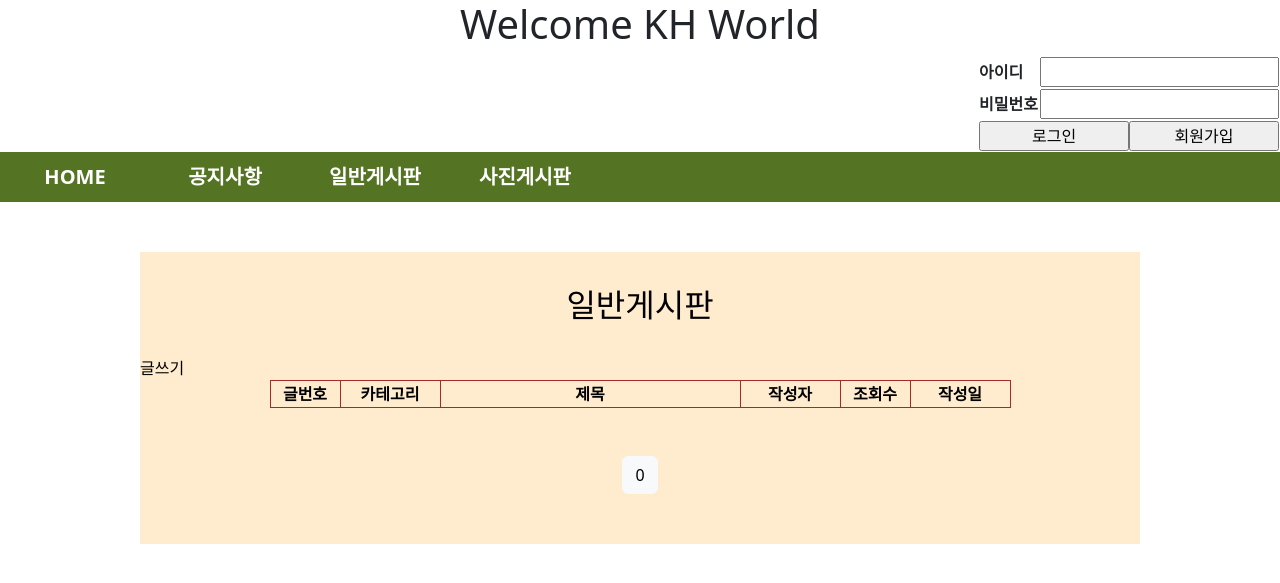
Repository: eru2/Study
Page: http://localhost/JspProject/
These files come from the project's save history. The page is drawn as it stood at one moment and after the next save; the edit follows.
The browser window is 1280 px wide. The pictures show the whole page.
The page is served by Tomcat 10. Other server files are loaded and not shown. The template is opened directly, without the code that normally fills it, so the values that code supplies are empty.

Above is the page before, as saved 2025-02-28 00:14:22.

### 07_JSP/JspProject/src/main/webapp/index.jsp
<%@page import="com.kh.common.JDBCTemplate"%>
<%@ page language="java" contentType="text/html; charset=UTF-8"
    pageEncoding="UTF-8"%>
<!DOCTYPE html>
<html>
<head>
<meta charset="UTF-8">
<title>Insert title here</title>
</head>
<body>
	<%--
		C(insert)R(select)U(update)D(delete)
		*회원서비스
		로그인(R), 회원가입(C), 마이페이지(R), 정보수정(U), 회원탈퇴(U), 아이디중복체크(R)

		*공지사항
		공지사항목록조회(R), 상세조회(R), 게시글작성(C), 게시글수정(U), 게시글삭제(D), 댓글작성(C), 댓글목록조회(R)

		*일반게시판
		게시글목록조회(R), 상세조회(R), 게시글작성(C), 게시글수정(U), 게시글삭제(D), 댓글작성(C), 댓글목록조회(R)

		*사진게시판
		게시글작성-첨부파일업로드(C), 게시판리스트조회(R), 상세조회(R)

	 --%>

	 <%-- JDBCTemplate.getConnection(); --%>

	 <%@ include file="views/common/menubar.jsp" %>
	 <jsp:forward page="views/board/boardListView.jsp" />
</body>
</html>

### 07_JSP/JspProject/src/main/webapp/views/common/menubar.jsp
<%@ page language="java" contentType="text/html; charset=UTF-8"
    pageEncoding="UTF-8"%>
    <%@ taglib prefix="c" uri="http://java.sun.com/jsp/jstl/core" %>
<!DOCTYPE html>
<html>
<head>
    <meta charset="UTF-8">
    <meta name="viewport" content="width=device-width, initial-scale=1.0">
    <title>Insert title here</title>
    <!-- 부트스트랩 5.3.3 -->
    <link href="https://cdn.jsdelivr.net/npm/bootstrap@5.3.3/dist/css/bootstrap.min.css" rel="stylesheet">
    <script src="https://cdn.jsdelivr.net/npm/bootstrap@5.3.3/dist/js/bootstrap.bundle.min.js"></script>
    <!-- jQuery -->
    <script src="https://ajax.googleapis.com/ajax/libs/jquery/3.7.1/jquery.min.js"></script>

    <style>
        a{
            text-decoration: none;
            color: black;
        }
        .login-area > *{
            float: right;

        }

        .login-area input[type="button"],
        .login-area input[type="submit"]{
            width: 50%;
            float: left;
        }

        .nav-area{
            background: rgb(84, 116, 36);
        }
        .menu{
            display: table-cell;
            width: 150px;
            height: 50px;
        }
        .menu a{
            color: white;
            font-size: 20px;
            font-weight: bold;
            text-align: center;
            width: 100%;
            height: 100%;
            line-height: 50px;
            display: inline-block;
        }
    </style>
</head>
<body>
	<c:if test="${not empty alertMsg}">
	<script>
		alert("${alertMsg}")
	</script>
	<c:remove var="alertMsg" />
	</c:if>
	 <h1 align="center">Welcome KH World</h1>
	    <div class="login-area">
		    <c:choose>
		    	<c:when test="${empty sessionScope.loginUser }">
		        <!-- 로그인 전 -->
		        <form action="${pageContext.request.contextPath}/login.me" method="post">
		            <table>
		                <tr>
		                    <th>아이디</th>
		                    <td><input type="text" name="userId" required></td>
		                </tr>
		                <tr>
		                    <th>비밀번호</th>
		                    <td><input type="password" name="userPwd" required></td>
		                </tr>
		                <tr>
		                    <th colspan="2">
		                        <input type="submit" value="로그인">
		                        <input type="button" value="회원가입" onclick="enrollPage();">
		                    </th>
		                </tr>
		            </table>
		        </form>
		        <script>
		        	function enrollPage(){
		        		//location.href = "${pageContext.request.contextPath}/views/member/memberEnrollForm.jsp";
		        		//웹 애플리케이션의 디렉토리구조가 url에 노출되면 보안에 취약해진다.

		        		location.href = "${pageContext.request.contextPath}/enrollForm.me";
		        		//단순한 페이지 요청도 servlet을 거쳐갈 것(즉, url에는 서블릿 맵핑값만 나타나도록)
		        	}
		        </script>
		        </c:when>
		        <c:otherwise>
		        	<div>
		        		<b>${loginUser.userName}님</b>의 방문을 환영합니다. <br><br>
		        		<div>
		        			<a href="${pageContext.request.contextPath}/myPage.me">마이페이지</a>
		        			<a href="${pageContext.request.contextPath}/logout.me">로그아웃</a>
		        		</div>
		        	</div>
		        </c:otherwise>
		    </c:choose>
	    </div>

    <br clear="both">
    <div class="nav-area">
        <div class="menu"><a href="${pageContext.request.contextPath}">HOME</a></div>
        <div class="menu"><a href="${pageContext.request.contextPath}/notice.bo?cpage=1">공지사항</a></div>
        <div class="menu"><a href="${pageContext.request.contextPath}/list.bo?cpage=1">일반게시판</a></div>
        <div class="menu"><a href="">사진게시판</a></div>
    </div>
</body>
</html>

### 07_JSP/JspProject/src/main/webapp/views/board/boardListView.jsp
<%@ page language="java" contentType="text/html; charset=UTF-8"
    pageEncoding="UTF-8"%>
<!DOCTYPE html>
<html>
<head>
<meta charset="UTF-8">
<title>Insert title here</title>
<style>
    .outer{
            background: blanchedalmond;
            color: black;
            width: 1000px;
            margin: auto;
            margin-top: 50px;
            padding: 10px 0px 50px;
        }

        .list-area{
            border: 1ps solid brown;
            text-align: center;
        }

        .list-area tbody tr:hover{
            background: rgb(253, 244, 231);
            cursor: pointer;
            font-size: 16px;
        }

        .list-area td, .list-area th {
            border: 1px solid brown;
        }
</style>
</head>
<body>
    <%@ include file="../common/menubar.jsp" %>

    <div class="outer">
        <br>
        <h2 align="center">일반게시판</h2>
        <br>

		<div>
			<a>글쓰기</a>
		</div>
        <table align="center" class="list-area">
            <thead>
                <th width="70">글번호</th>
                <th width="100">카테고리</th>
                <th width="300">제목</th>
                <th width="100">작성자</th>
                <th width="70">조회수</th>
                <th width="100">작성일</th>
            </thead>
            <tbody>
            <c:forEach var="b" items="${list}">
                <tr>
                    <td>${b.boardNo}</td>
                    <td>${b.categoryName}</td>
                    <td>${b.boardTitle }</td>
                    <td>${b.userId }</td>
                    <td>${b.count }</td>
                    <td>${b.createDate }</td>
                </tr>
                <tr>
                    <td>148</td>
                    <td>게임</td>
                    <td>메이플 150 10분 달성법!</td>
                    <td>user02</td>
                    <td>500</td>
                    <td>2025.02.26</td>
                </tr>
                </c:forEach>
            </tbody>
        </table>

        <br><br>


        <div align="center">
        	<c:if test="${pi.currentPage > 1}">
	            <button class="btn btn-light"
	            		onclick="location.href='${pageContext.request.contextPath}/list.bo?cpage=${pi.currentPage - 1}'">
	            &lt;이전
	            </button>
            </c:if>
            <c:forEach var="p" begin="${pi.startPage}" end="${pi.endPage}" >
            	<c:choose>
            		<c:when test="${p == pi.currentPage}">
            			<button class="btn btn-light" disabled>
	            	        ${p}
	            		</button>
            		</c:when>
            		<c:otherwise>
            			<button class="btn btn-light" onclick="location.href='${pageContext.request.contextPath}/list.bo?cpage=${p}'">
	            	        ${p}
	            		</button>
            		</c:otherwise>
            	</c:choose>
            </c:forEach>

            <c:if test="${pi.currentPage < pi.maxPage}">
	            <button class="btn btn-light"
	            		onclick="location.href='${pageContext.request.contextPath}/list.bo?cpage=${pi.currentPage + 1}'">
	            	다음&gt;
	            </button>
            </c:if>
        </div>
    </div>
</body>
</html>

After the next save:
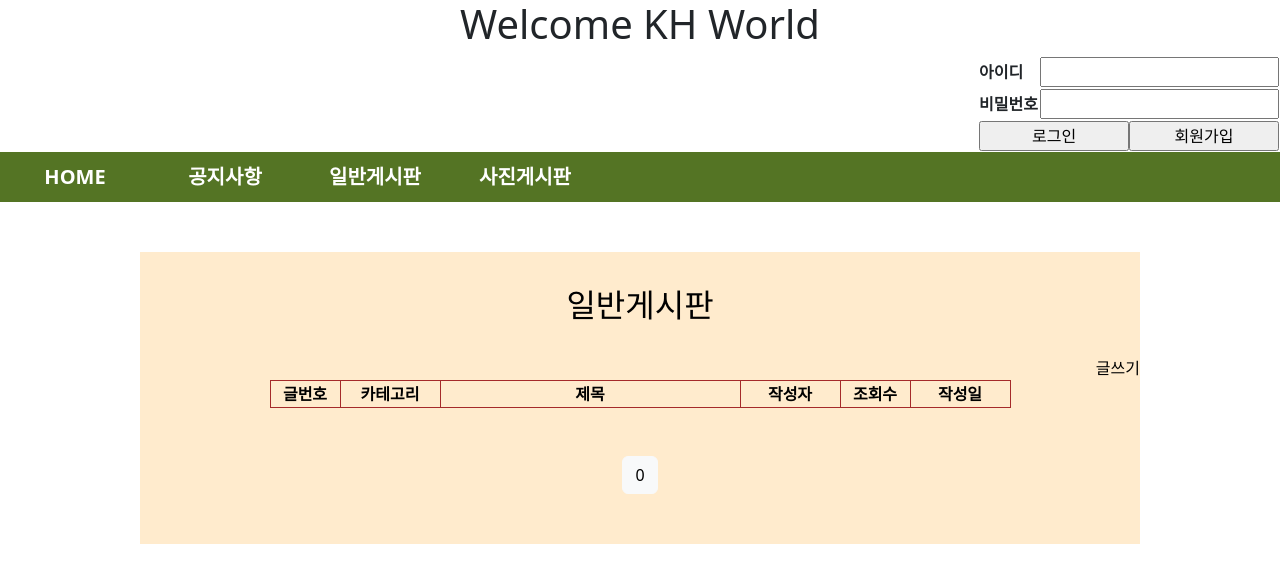
Saved 45 s later.
--- a/07_JSP/JspProject/src/main/webapp/views/board/boardListView.jsp
+++ b/07_JSP/JspProject/src/main/webapp/views/board/boardListView.jsp
@@ -39,7 +39,7 @@
         <h2 align="center">일반게시판</h2>
         <br>
 
-		<div>
+		<div align="right">
 			<a>글쓰기</a>
 		</div>
         <table align="center" class="list-area">
